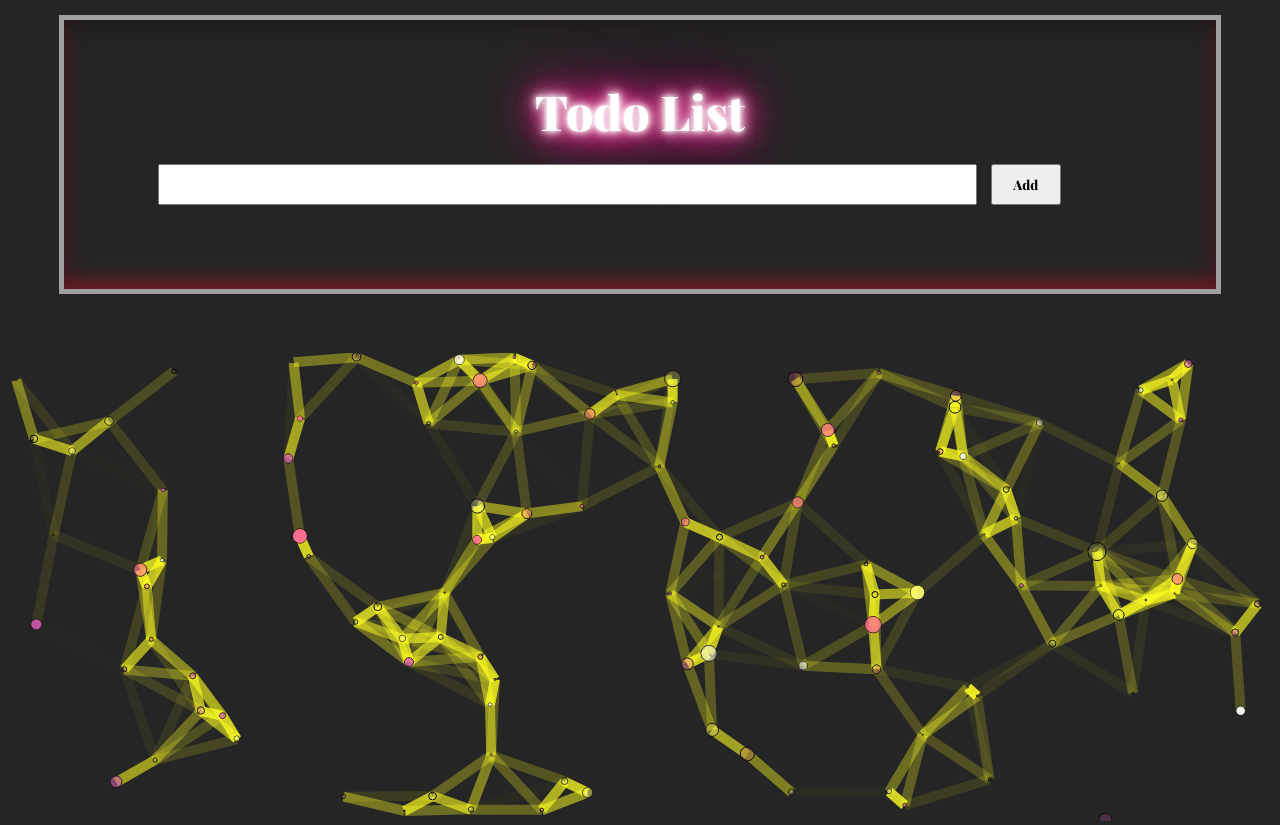
Repository: TENSAEA/----todo
Page: index.html
These files come from the project's save history. The page is drawn as it stood at one moment and after the next save; the edit follows.
The browser window is 1280 px wide. The pictures show the whole page.
Some web fonts or font styles are not loaded; a fallback is used.

Above is the page before, as saved 2023-10-25 14:23:55.

After the next save:
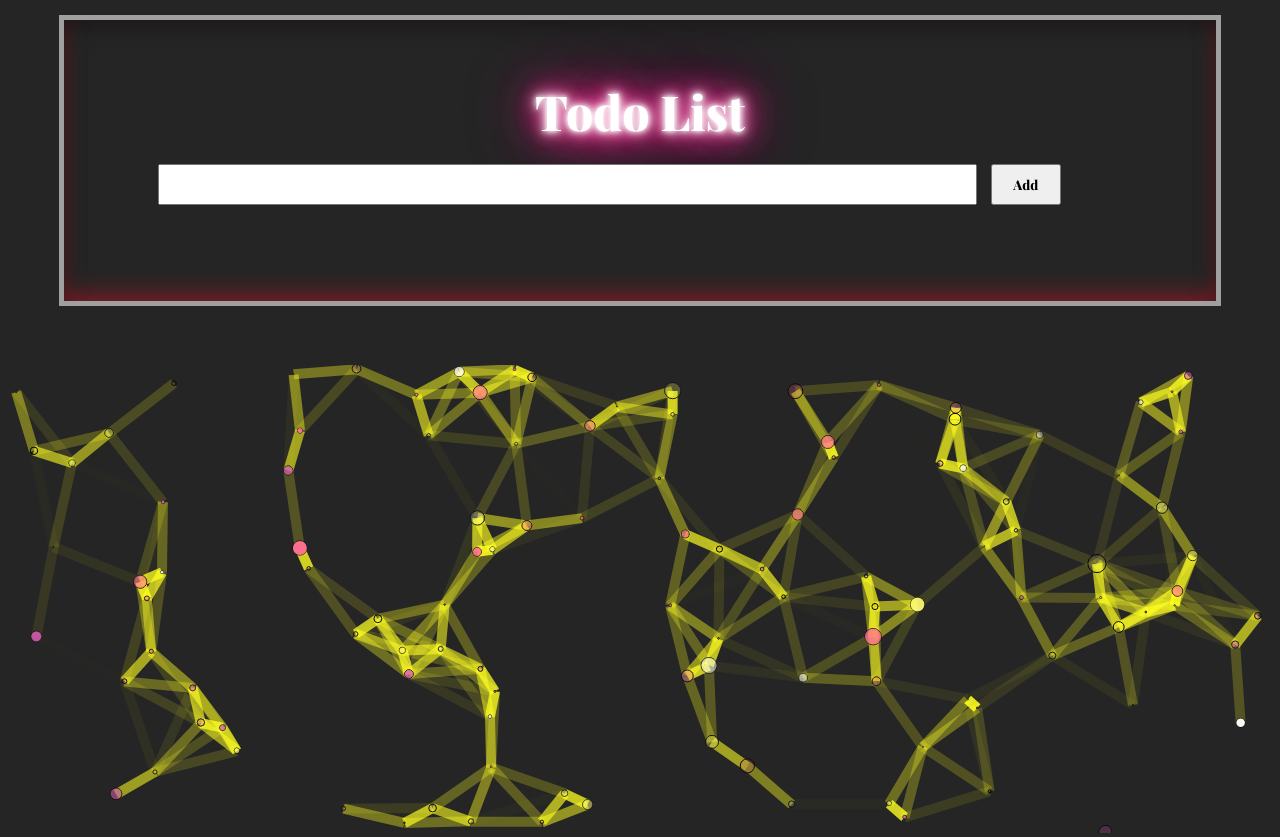
Saved 18 s later.
--- a/style.css
+++ b/style.css
@@ -42,7 +42,7 @@ color: #FFFFFF;
 }
 
 .header{
-    padding-bottom: 20px;
+    padding-bottom: 2em;
 }
 
 #add{
